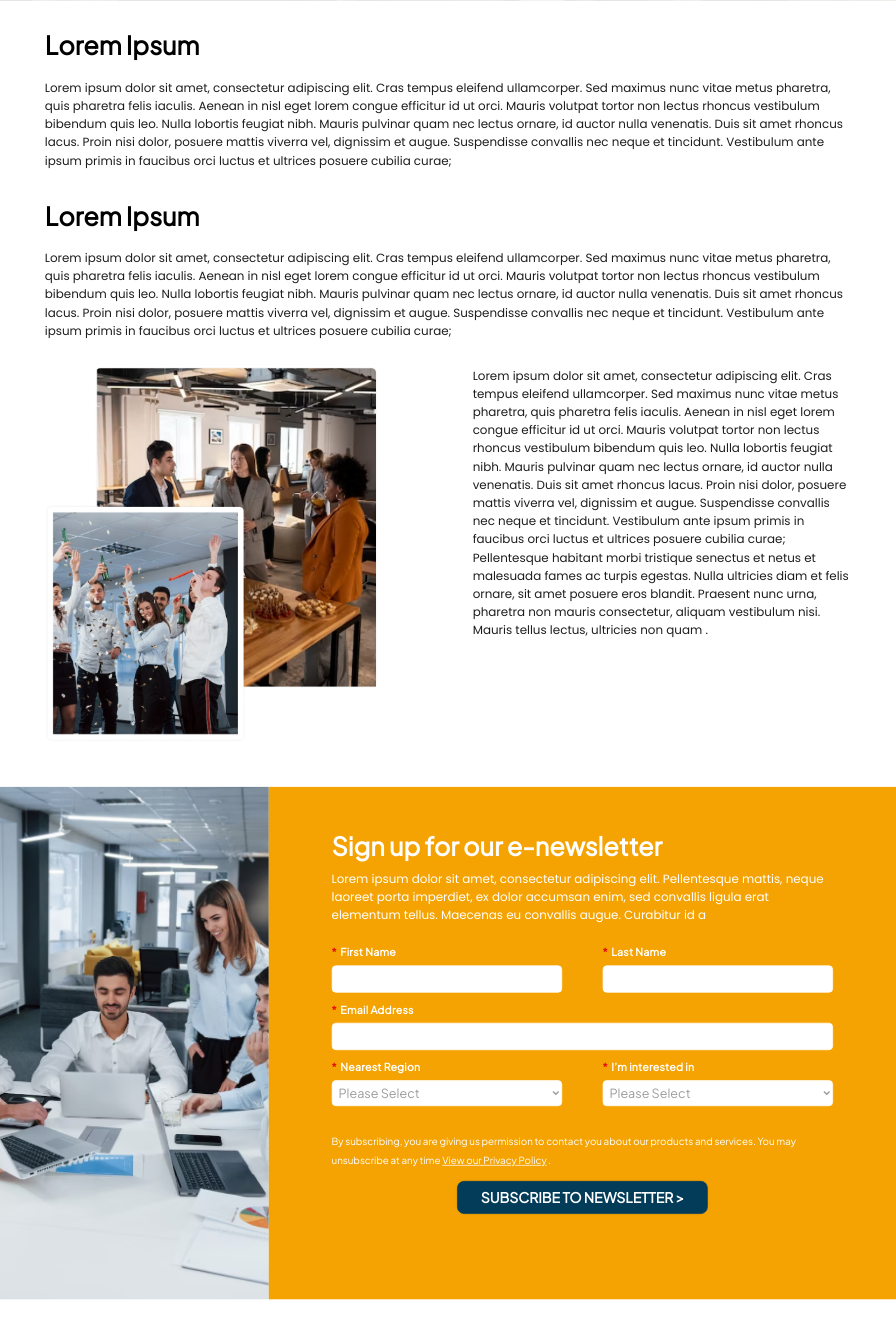
Repository: Akash8377/Hospitality-website
Page: /about-us
An editor plug-in stored every save of this project. The page is shown before and after a run of saves, followed by the edit.
The browser window is 1280 px wide. The pictures show the part of the page from y = 683 to 2603 px (the page is 2603 px tall), at 70% of full size.
Some web libraries are served in a nearby version. The project was rebuilt for these pictures with package versions that can differ from the ones it lists, and the page was loaded fresh each time. Also part of the build but not shown: src/Component/Partial/heading-cont.js, src/Component/Shared/about-us.js, src/Component/Shared/Banner.js, src/Component/Shared/popular-jobs.js, src/Component/Sliders/ServiceSlider.js, src/Component/Sliders/ReviewSlider.js, src/Component/Partial/index-banner.js, src/Component/Partial/index-buisness-banner.js and 2 more.

Above is the page before, as saved 2023-07-07 12:19:21.

After the next 2 saves:
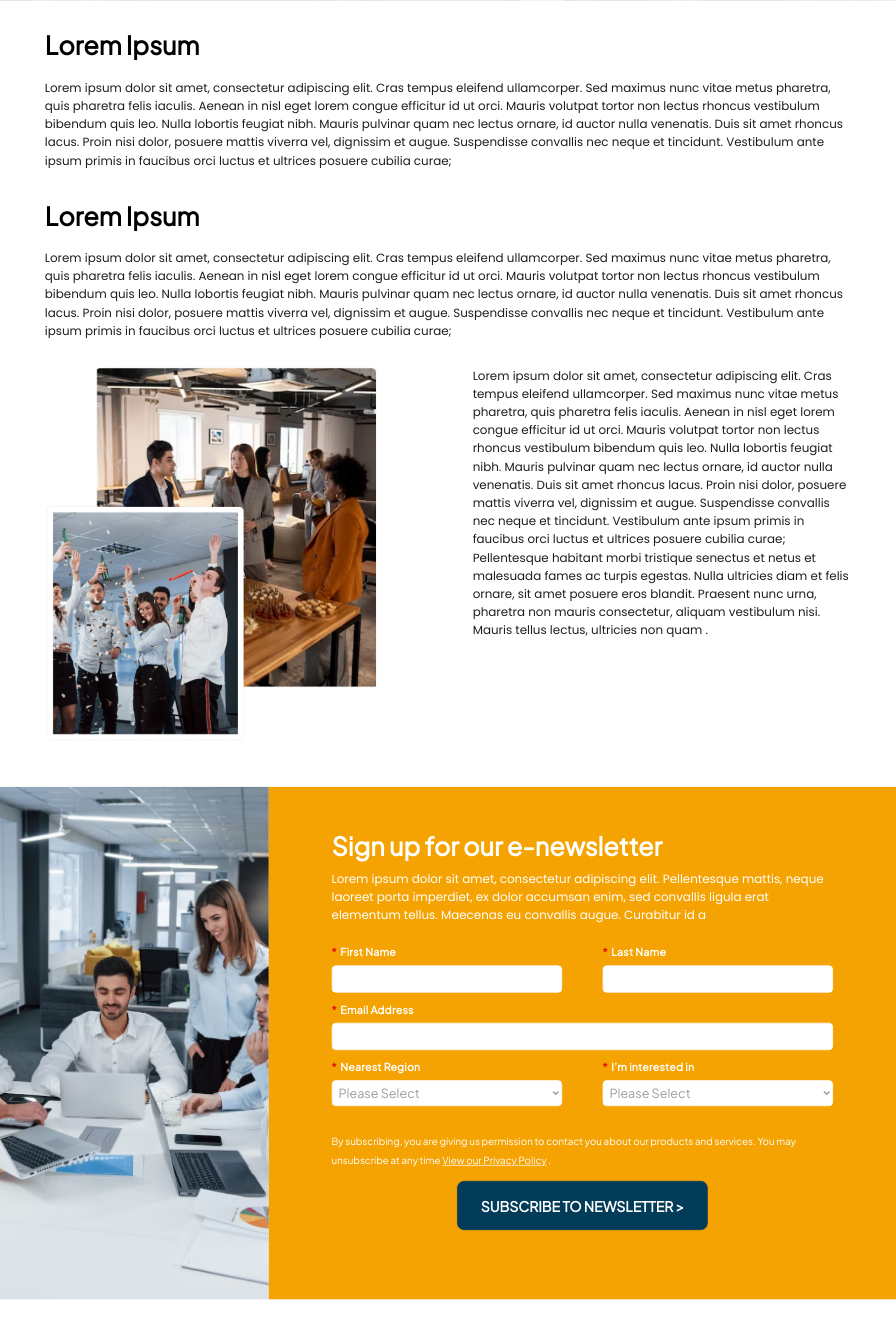
The 2 saves are shown as one change because they came seconds apart.
The last was saved 16 s later.
--- a/src/Css/Lap.css
+++ b/src/Css/Lap.css
@@ -900,20 +900,20 @@
 .About-Us_Newsletter .right .content .Policy span {
   text-decoration: underline;
 }
-.About-Us_Newsletter .right .content .NewsLetter_Button{
+.About-Us_Newsletter .right .content .NewsLetter_Button {
   border-radius: 10px;
-background: #033C59;
-box-shadow: 0px 0px 3px 0px rgba(60, 72, 88, 0.15);
-width: 50%;
-display: block;
-margin: auto;
-border: 1px solid #033C59;
-color: #FFF;
-text-align: center;
-font-family: Plus Jakarta Sans;
-font-size: 20px;
-font-style: normal;
-font-weight: 700;
-line-height: normal;
-padding: 10px;
-}
+  background: #033c59;
+  box-shadow: 0px 0px 3px 0px rgba(60, 72, 88, 0.15);
+  width: 50%;
+  display: block;
+  margin: auto;
+  border: 1px solid #033c59;
+  color: #fff;
+  text-align: center;
+  font-family: Plus Jakarta Sans;
+  font-size: 20px;
+  font-style: normal;
+  font-weight: 700;
+  line-height: normal;
+  height: 70px;
+}
